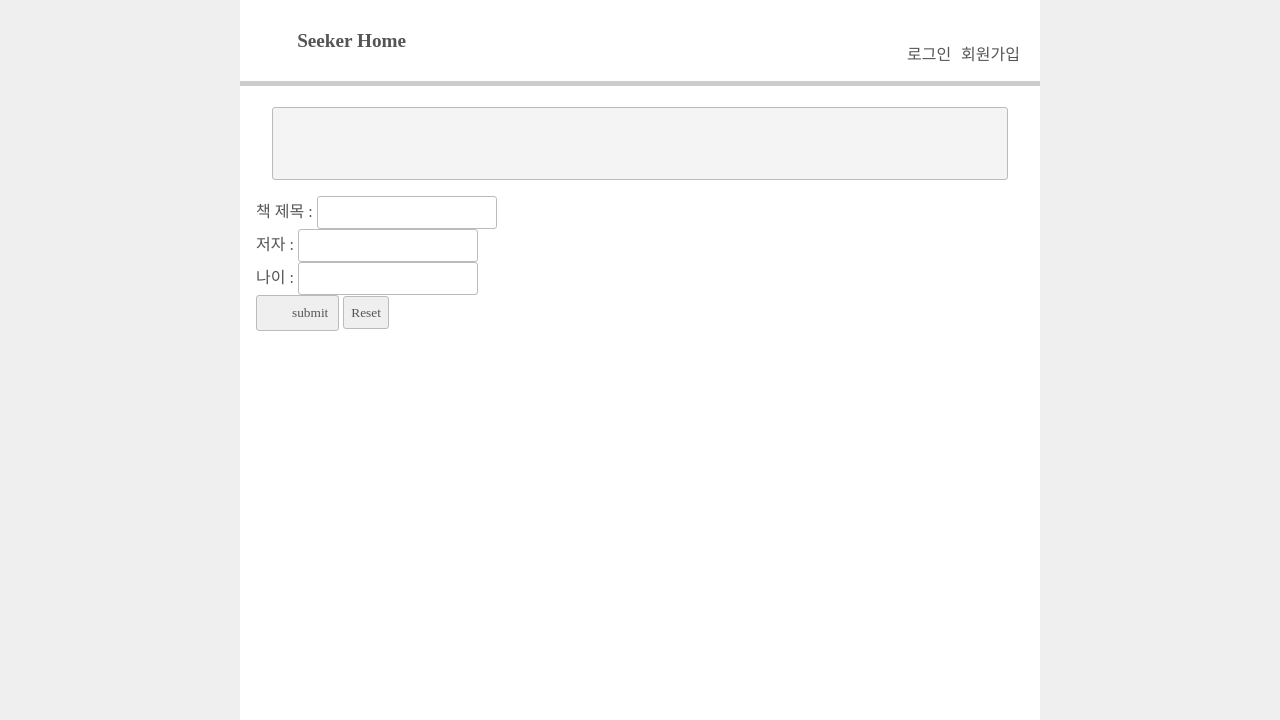
Repository: Seeker2250/JspTest
Page: http://localhost/jspPro/days01/ex02.jsp
The author's editor kept a copy of each file at every save. The page is drawn from the files as they stood at one save, then again after the next save.
The browser window is 1280 px wide. The pictures show the whole page.
Some web fonts or font styles are not loaded; a fallback is used. The page is served by Tomcat 9. Other server files are loaded and not shown.

Above is the page before, as saved 2024-10-15 05:03:49.

### jspPro/src/main/webapp/days01/ex02.jsp
<%@ page language="java" contentType="text/html; charset=UTF-8"
    pageEncoding="UTF-8"%>
<!DOCTYPE html>
<html>
<head>
<meta charset="UTF-8">
<title>Insert title here</title>
<link rel="shortcut icon" type="image/x-icon" href="http://localhost/jspPro/images/SiSt.ico">
<script src="https://ajax.googleapis.com/ajax/libs/jquery/3.7.1/jquery.min.js"></script>
<meta name="viewport" content="width=device-width, initial-scale=1.0">
<link rel="stylesheet" href="http://localhost/jspPro/resources/cdn-main/example.css">
<script src="http://localhost/jspPro/resources/cdn-main/example.js"></script>
<style>
 span.material-symbols-outlined{
    vertical-align: text-bottom;
 }
</style>
</head>
<body>
<header>
  <h1 class="main"><a href="#" style="position: absolute;top:30px;">Seeker Home</a></h1>
  <ul>
    <li><a href="#">로그인</a></li>
    <li><a href="#">회원가입</a></li>
  </ul>
</header>
<div>
 <xmp class="code">

  </xmp>

  <form action="ex02_el_ok2.jsp">

  	책 제목 : <input type="text" id="title" name="title" autofocus><br>
  	저자 : <input type="text" id="author" name = "author""><br>
  	나이 : <input type="number" id="age" name = "age" ><br>
  	<button type="button" onclick="checkform()">submit</button>
  	<!-- <input type="submit"> -->
  	<input type="reset">

  </form>
</div>
<script>
function checkform(){
	var form = document.querySelector("#title");
	if(form.id.value=="") {
		alert("아이디를 입력해주세요");
		form.id.focus();
		return false;
	} else if (form.passwd.value == "") {
		alert("비밀번호를 입력해주세요");
		form.passwd.focus();
		return false;
	}
	form.submit();
}
</script>
</body>
</html>

### jspPro/src/main/webapp/resources/cdn-main/example.css
@charset "UTF-8";

@import url('https://fonts.googleapis.com/css2?family=Material+Symbols+Outlined:opsz,wght,FILL,GRAD@20..48,100..700,0..1,-50..200');

@font-face {
    font-family: 'GmarketSansMedium';
    src: url('https://cdn.jsdelivr.net/gh/projectnoonnu/noonfonts_2001@1.1/GmarketSansMedium.woff') format('woff');
    font-weight: normal;
    font-style: normal;
}

:root {
	--text-color: #555;
	--sub-text-color: #777;
	--back-color: #EFEFEF;
	--header-color: #444;
	--primary-color: #DEDEDE;
	--secondary-color: #EFEFEF;
	--default-width: 800px;
	--narrow-width: 500px;
	--wide-width: 1200px;
	--text-font: 'GmarketSansMedium';
	--icon-font: 'Material Symbols Outlined';
	--border-color: #CCC;
}

html, body {
	margin: 0;
	padding: 0;
}

html {
	background-color: var(--back-color);
	display: flex;
	justify-content: center;
	min-height: 100vh;
}

body, body.default {
	width: var(--default-width);
	background-color: white;
	padding-bottom: 120px;
}

body.wide {
	width: var(--wide-width);
}

body.narrow {
	width: var(--narrow-width);
}



body, p, div, span, a, input, select, option, textarea, button, table, th, td, label, fieldset, legend {
	font-family: var(--text-font);
	color: var(--text-color);
}

h1, h2, h3 {
	font-family: var(--text-font);
	color: var(--header-color);
	padding: 0 1rem;
	padding-top: .5rem;
}

div > h1, div > h2, div > h3 {
	padding: 0;
}

body > div, body > main > div {
	padding: 0.3rem 1rem;
}


h1 { font-size: 2rem; border-bottom: 1px solid var(--border-color); }
h1 small { font-size: 1.2rem; color: var(--sub-text-color); }
h2 { font-size: 1.5rem; border-bottom: 1px dashed var(--border-color); }
h2 small { font-size: 1.1rem; color: --sub-text-color; }
h3 { font-size: 1.2rem; }
h3 small { font-size: 1rem; color: --sub-text-color; }



h1.main::before {
	font-family: var(--icon-font);
  	content: '\e666';
  	margin-right: 10px;
  	float: left;
	font-size: 2.5rem;
}

h1.sub::before {
	font-family: var(--icon-font);
  	content: '\ea19';
  	margin-right: 10px;
  	float: left;
	font-size: 2.5rem;
}


h1.page::before {
	font-family: var(--icon-font);
  	content: '\e0e0';
  	margin-right: 10px;
  	float: left;
	font-size: 2.5rem;
}

body > header > ul > li > .active{
	background-color: #FFF;
	color:#F00;
}

body > header {
	display: flex;
	justify-content: space-between;
	border-bottom: 5px solid var(--border-color);
	min-height: 74px;
	background-color: #FFF;
}

body > header.sticky {
	position: sticky;
	top: 0;
	z-index: 98;
}

body > header > h1 {
	font-size: 1.2rem;
	border: 0;
}

body > header.in > h1::before {
	font-family: var(--icon-font);
  	content: '\e332‥';
  	margin-right: 3px;
  	float: left;
	font-size: 2rem;
}


body > header > ul {
	list-style-type: none;
	display: flex;
	align-items: flex-end;
	margin-right: 10px;
}

body > header > ul > li {
	margin-right: 10px;
	cursor: pointer;
}

body > header > ul > li > a {
	cursor: pointer;
}


form {
	display: block;
}

form > div {
	padding: 0.3rem 1rem;
}

div > form > div {
	padding: 0.3rem 0;
}

input, textarea, button, select {
	border: 1px solid #BBB;
	border-radius: 3px;
	outline: none;
	resize: none;
	padding: 7px;
	margin: 0;
}

input[type=text]:read-only, textarea:read-only {
	cursor: not-allowed;
	background-color: #FFF;
}

input[type=text]:disabled, textarea:disabled {
	cursor: not-allowed;
	background-color: #EEE;
}

input[type=text], input[type=password], textarea, button, select {
	/* width: 300px; */
}

textarea {
	display: block;
	height: 100px;
}

input[type=button], input[type=submit], button {
	/* width: inherit; */
}

input.short, textarea.short, button.short, select.short {
	width: 100px;
}

input.long, textarea.long, button.long, select.long {
	width: 350px;
}

.narrow input.long, .narrow textarea.long, .narrow button.long, .narrow select.long {
	width: calc(100% - 20px);
}

input.full, textarea.full, button.full, select.full {
	width: calc(100% - 20px);
}

textarea.short {
	height: 50px;
}

textarea.long {
	height: 100px;
}

textarea.full {
	height: 200px;
}

input, textarea {
	padding-top: 8px;
}

input[type=button], input[type=submit], button {
	padding: 5px 10px;
	background-color: var(--secondary-color);
	cursor: pointer;
	min-height: 36px;
}

input[type=button].primary, input[type=submit].primary, button.primary {
	/* background-color: rgba(100, 149, 237, .2); */
	background-color: var(--primary-color);
}

input[type=button].primary:hover, input[type=submit].primary:hover, button.primary:hover {
	/* background-color: rgba(100, 149, 237, .3); */
	background-color: var(--secondary-color);
}

input[type=button]:hover, input[type=submit]:hover, button:hover {
	background-color: var(--primary-color);
}

button {
	position: relative;
	left: 0;
	top: 0;
	padding-left: 35px;
}

button .material-symbols-outlined {
	position: absolute;
	left: 10px;
	top: 4px;
}

/* k2nik add */
button.login::before {
	font-family: var(--icon-font);
  	content: '\ea77';
	position: absolute;
	left: 11px;
	top: 4px;
	font-size: 1.25rem;
}

/* k2nik logout */
button.logout::before {
	font-family: var(--icon-font);
  	content: '\e9ba';
	position: absolute;
	left: 11px;
	top: 4px;
	font-size: 1.25rem;
}

/* k2nik help */
button.help::before {
	font-family: var(--icon-font);
  	content: '\f1c0';
	position: absolute;
	left: 11px;
	top: 4px;
	font-size: 1.25rem;
}

button.add::before{
	font-family: var(--icon-font);
  	content: '\e746';
	position: absolute;
	left: 11px;
	top: 4px;
	font-size: 1.25rem;
}

button.back::before {
	font-family: var(--icon-font);
  	content: '\e166';
	position: absolute;
	left: 11px;
	top: 4px;
	font-size: 1.25rem;
}

button.list::before {
	font-family: var(--icon-font);
  	content: '\e0ee';
	position: absolute;
	left: 11px;
	top: 4px;
	font-size: 1.25rem;
}


button.del::before {
	font-family: var(--icon-font);
  	content: '\e872';
	position: absolute;
	left: 11px;
	top: 4px;
	font-size: 1.25rem;
}


button.edit::before {
	font-family: var(--icon-font);
  	content: '\e745';
	position: absolute;
	left: 11px;
	top: 4px;
	font-size: 1.25rem;
}


button.login::before {
	font-family: var(--icon-font);
  	content: '\ea77';
	position: absolute;
	left: 11px;
	top: 4px;
	font-size: 1.25rem;
}


button.logout::before {
	font-family: var(--icon-font);
  	content: '\e9ba';
	position: absolute;
	left: 11px;
	top: 4px;
	font-size: 1.25rem;
}


button.in::before {
	font-family: var(--icon-font);
  	content: '\f71a';
	position: absolute;
	left: 11px;
	top: 4px;
	font-size: 1.25rem;
}


button.out::before {
	font-family: var(--icon-font);
  	content: '\f70e';
	position: absolute;
	left: 11px;
	top: 4px;
	font-size: 1.25rem;
}


button.reply::before {
	font-family: var(--icon-font);
  	content: '\e15e';
	position: absolute;
	left: 11px;
	top: 4px;
	font-size: 1.25rem;
}


button.comment::before {
	font-family: var(--icon-font);
  	content: '\e0b9';
	position: absolute;
	left: 11px;
	top: 4px;
	font-size: 1.25rem;
}


button.modal::before {
	font-family: var(--icon-font);
  	content: '\e89e';
	position: absolute;
	left: 11px;
	top: 4px;
	font-size: 1.25rem;
}


button.ok::before {
	font-family: var(--icon-font);
  	content: '\e86c';
	position: absolute;
	left: 11px;
	top: 4px;
	font-size: 1.25rem;
}


button.cancel::before {
	font-family: var(--icon-font);
  	content: '\e5c9';
	position: absolute;
	left: 11px;
	top: 4px;
	font-size: 1.25rem;
}

button.search::before {
	font-family: var(--icon-font);
  	content: '\e8b6';
	position: absolute;
	left: 11px;
	top: 4px;
	font-size: 1.25rem;
}

button.home::before {
	font-family: var(--icon-font);
  	content: '\e88a';
	position: absolute;
	left: 11px;
	top: 4px;
	font-size: 1.25rem;
}


button.sidebar::before {
	font-family: var(--icon-font);
  	content: '\f7e4';
	position: absolute;
	left: 11px;
	top: 4px;
	font-size: 1.25rem;
}


button.sidebar-right::before {
	font-family: var(--icon-font);
  	content: '\f7e5';
	position: absolute;
	left: 11px;
	top: 4px;
	font-size: 1.25rem;
}




button::before {
	font-family: var(--icon-font);
  	content: '\e323';
	position: absolute;
	left: 11px;
	top: 4px;
	font-size: 1.25rem;
}


table {
	border-collapse: collapse;
	margin: 1rem;
	box-sizing: border-box;
	width: calc(100% - 32px);
}

table.content {
	width: auto;
}

div > table {
	margin: 0;
}

table th, table td {
	border: 1px solid var(--border-color);
	padding: 7px;
	font-weight: normal;
}

table th {
	background-color: var(--back-color);
}

table.vertical th {
	width: 150px;
}

table.vertical td {
	width: calc(100% - 182px);
	padding-left: 10px;
}

table.content td, table.content th {
	width: auto;
}

body.narrow table.vertical th {
	width: 100px;
}

body.narrow table.vertical td {
	width: calc(100% - 182px);
}


table + table {
	margin-top: 30px;
}


p {
	padding: 0 1rem;
}

a {
	text-decoration: none;
}

a:hover {
	color: rgba(255, 99, 71, .7);
}

hr {
	border: 0;
	border-top: 1px solid var(--border-color);
	margin: 2rem 0;
}

.message {
	border: 1px solid var(--border-color);
	background-color: #EFEFEF;
	margin: 1rem;
	width: auto;
	padding-top: 10px;
	padding-bottom: 10px;
	font-size: 14px;
}

.message[title]::before {
	content: attr(title);
	display: block;
	border-bottom: 1px solid var(--border-color);
	padding-bottom: 5px;
	margin-bottom: 10px;
	margin-top: 7px;
}

.message.short {
	max-width: 250px;
}

.message.long {
	max-width: 500px;
}

.badge {
	float: right;
	font-size: .8rem;
	margin-top: 2px;
	margin-right: 2px;
	text-shadow: 0 0 7px gray;
}

.badge.left {
	float: none;
	margin-left: 2px;
}

.badge.right {
	float: right;
}

.badge.red {
	border-radius: 50%;
	padding: 2px 5px;
	background-color: rgb(255, 99, 71, .3);
}

.badge.yellow {

	border-radius: 50%;
	padding: 2px 5px;
	background-color: rgb(255, 215, 0, .5);
}

.badge.blue {
	border-radius: 50%;
	padding: 2px 5px;
	background-color: rgb(100, 149, 237, .3);
}

label + label {
	margin-left: 7px;
}

label input[type=checkbox], label input[type=radio] {
	transform: translate(0, 1px);
}

.group {
	display: flex;
}

.modal-content .group {
	margin-bottom: .5rem;
}

.group label {
	border: 1px solid #BBB;
	border-radius: 3px;
	outline: none;
	resize: none;
	padding: 7px 14px;
	margin: 0;
	border-top-right-radius: 0;
	border-bottom-right-radius: 0;
	background-color: #EFEFEF;
	white-space: nowrap;
	font-size: 14px;
}

.group input[type=text] {
	margin-left: -1px;
	border-top-left-radius: 0;
	border-bottom-left-radius: 0;
}

.group select {
	margin-left: -1px;
	border-top-left-radius: 0;
	border-bottom-left-radius: 0;
}

.group input.full[type=text] {
	margin-left: -1px;
	border-top-left-radius: 0;
	border-bottom-left-radius: 0;
	width: 100%;
}

.group input[type=button]:first-child, .group button:first-child {
	border-top-left-radius: 3px;
	border-bottom-left-radius: 3px;
	margin-left: 0px;
}

.group input[type=button], .group button {
	border-radius: 0;
	margin-left: -1px;
}

.group input[type=button]:last-child, .group button:last-child {
	margin-left: -1px;
	border-top-right-radius: 3px;
	border-bottom-right-radius: 3px;
}

.seperate {
	display: flex;
	justify-content: space-between;
}

div.list {
	width: max-content;
	margin: 1rem;
	border: 1px solid #BBB;
	border-radius: 3px;
	padding: 0;
}

div.list.full {
	width: auto;
	display: block;
	margin: 1rem;
	border: 1px solid #BBB;
	border-radius: 3px;
	padding: 0;
}

div.list > div {
	padding: .5rem 1rem;
	margin: 0;
	border-bottom: 1px solid #BBB;
}

div.list > div:last-child {
	border-bottom: 0;
}

pre.code , xmp.code{
	font-family: consols;
	background-color: rgba(150, 150, 150, .1);
	border: 1px solid #BBB;
	border-radius: 3px;
	padding: .5rem 1rem;
	padding-bottom: .6rem;
	margin: 1rem;
}




*[data-modal-window] {
	position: fixed;
	background-color: rgba(0, 0, 0, .3);
	left: 0;
	top: 0;
	display: none;
	justify-content: center;
	align-items: flex-start;
	width: 100%;
	min-height: 100vh;
	z-index: 100;
	opacity: 0;
	transition: 500ms all;
}

*[data-modal-window] .modal-container {
	border-radius: 5px;
	padding: 1rem;
	padding-bottom: .5rem;
	margin-top: -500px;
	opacity: 0;
	width: 500px;
	background-color: #FFF;
	margin-right: 2rem;
	transition: 500ms all;
}

*[data-modal-size=content] .modal-container {
	width: auto;
}

*[data-modal-size=narrow] .modal-container {
	width: 300px;
}

*[data-modal-size=wide] .modal-container {
	width: 760px;
}


*[data-modal-window] .modal-header {
	border-bottom: 1px solid var(--border-color);
	padding: 2px 5px;
}

*[data-modal-window] .modal-content {
	padding: 1rem 5px;
}

*[data-modal-window] .modal-content div:last-child {
	margin-top: 1rem;
	text-align: right;
}



*[data-sidebar-window] {
	position: fixed;
	background-color: #FFF;
	left: 0;
	top: 0;
	display: block;
	width: 300px;
	border-right: 1px solid var(--border-color);
	box-sizing: border-box;
	box-shadow: 0 0 3px var(--back-color);
	min-height: 100vh;
	z-index: 99;
	transform: translate(-300px, 0);
	transition-duration: 500ms;
	transition-property: transform;
}

*[data-sidebar-direction=right] {
	left: auto;
	right: 0;
	transform: translate(300px, 0);
	border-left: 1px solid var(--border-color);
}

*[data-sidebar-size=wide] {
	width: 500px;
	transform: translate(-500px, 0);
}

*[data-sidebar-window] .sidebar-title {
	border-bottom: 1px solid var(--border-color);
	margin-top: 20px;
	margin-bottom: 20px;
	padding-bottom: 5px;
	display: flex;
	justify-content: space-between;
}

*[data-sidebar-window] .sidebar-title span:last-child {
	cursor: pointer;
}


/* K2Nik pagination */
.center {
  text-align: center;
}

.pagination {
  display: inline-block;
}

.pagination a {
  color: black;
  float: left;
  padding: 3px 6px;
  text-decoration: none;
  transition: background-color .3s;
  border: 1px solid #ddd;
  margin: 0 3px;
}

.pagination a.active {
  background-color: #4CAF50;
  color: white;
  border: 1px solid #4CAF50;
}

.pagination a:hover:not(.active) {background-color: #ddd;}

### jspPro/src/main/webapp/resources/cdn-main/example.js

window.onload = () => {

    const list = document.querySelectorAll('input, textarea');

    list.forEach(item => {
        item.setAttribute('autocomplete', 'off');
    });


    const modal_btn_list = document.querySelectorAll('*[data-modal-button]');

    modal_btn_list.forEach(item => {
        item.onclick = function() {

            const name = this.dataset['modalButton'];
            const modal_window = document.querySelector('*[data-modal-window=' + name);

            const container = document.createElement('div');
            container.className = 'modal-container';



            const modal_header = document.createElement('div');
            modal_header.textContent = modal_window.dataset['modalTitle'];
            modal_header.className = 'modal-header';
            container.appendChild(modal_header);

            const modal_content = document.createElement('div');
            modal_content.className = 'modal-content';
            container.appendChild(modal_content);

            Array.from(modal_window.childNodes).forEach(item => {
                modal_content.appendChild(item);
            });

            modal_window.appendChild(container);

            modal_window.style.display = 'flex';

            setTimeout(() => {
                modal_window.style.opacity = 1;
                container.style.marginTop = '20px';
                container.style.opacity = 1;
            }, 50);


            const modal_ok = document.querySelector('*[data-modal-ok=' + name);
            modal_ok.addEventListener('click', function() {
                modal_window.style.opacity = 0;
                container.style.marginTop = '-500px';
                container.style.opacity = 0;

                setTimeout(() => {
                    modal_window.innerHTML = modal_content.innerHTML;
                    modal_window.style.display = 'none';
                }, 500);

            });

            const modal_cancel = document.querySelector('*[data-modal-cancel=' + name);
            modal_cancel.addEventListener('click', function() {

                modal_window.style.opacity = 0;
                container.style.marginTop = '-500px';
                container.style.opacity = 0;

                setTimeout(() => {
                    modal_window.innerHTML = modal_content.innerHTML;
                    modal_window.style.display = 'none';
                }, 500);
            });


        };
    });


    const sidebar_btn_list = document.querySelectorAll('*[data-sidebar-button]');

    sidebar_btn_list.forEach(item => {
        item.onclick = function() {



            const name = this.dataset['sidebarButton'];
            const sidebar_window = document.querySelector('*[data-sidebar-window=' + name);

            if (sidebar_window.style.transform == 'translate(0px, 0px)') return;



            sidebar_window.style.transform = 'translate(0, 0)';

            const sidebar_title = document.createElement('div');
            sidebar_title.className = 'sidebar-title';
            sidebar_title.innerHTML = '<span>' + sidebar_window.dataset['sidebarTitle'] + '</span><span class="material-symbols-outlined">close</span>';

            sidebar_title.children[1].onclick = function() {

                let sign = 1;
                let distance = 300;

                if (sidebar_window.dataset['sidebarDirection'] != 'right') {
                    sign = -1;
                } else {
                    sign = 1;
                }

                if (sidebar_window.dataset['sidebarSize'] != 'wide') {
                    distance = 300;
                } else {
                    distance = 500;
                }

                distance *= sign;

                sidebar_window.style.transform = 'translate(' + distance + 'px, 0)';

                setTimeout(function() {
                    sidebar_window.removeChild(sidebar_window.children[0]);
                }, 500);
            };


            sidebar_window.prepend(sidebar_title);

        }
    });

};

// window.onkeydown = function(event) {

//     if (event.keyCode == 27) {
//         if (document.querySelector('[data-modal-window').style.display == 'flex') {
//             document.querySelector('[data-modal-window').style.display = 'none';
//         }
//     }

// };

After the next save:
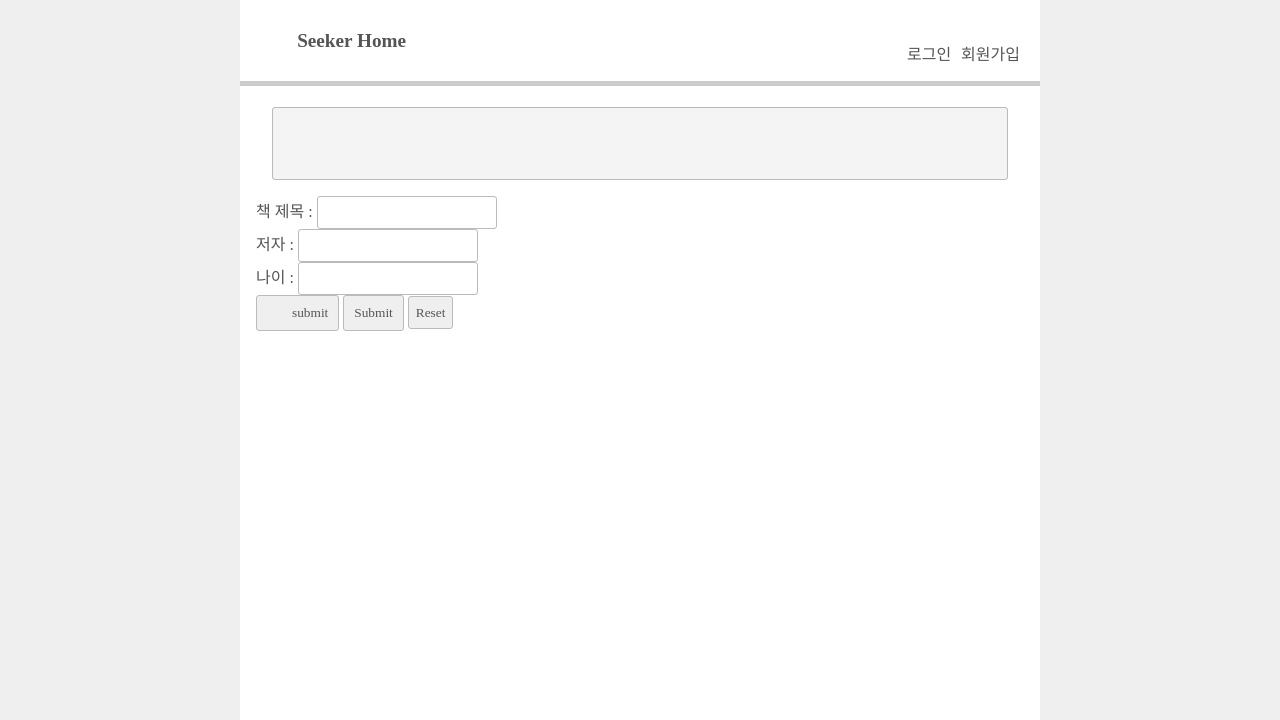
Saved 13 min 49 s later.
--- a/jspPro/src/main/webapp/days01/ex02.jsp
+++ b/jspPro/src/main/webapp/days01/ex02.jsp
@@ -35,14 +35,15 @@
   	저자 : <input type="text" id="author" name = "author""><br>
   	나이 : <input type="number" id="age" name = "age" ><br>
   	<button type="button" onclick="checkform()">submit</button>
-  	<!-- <input type="submit"> -->
+  	<input type="submit">
   	<input type="reset">
 
   </form>
 </div>
 <script>
+/*
 function checkform(){
-	var form = document.querySelector("#title");
+	var form = document.querySelector("#input");
 	if(form.id.value=="") {
 		alert("아이디를 입력해주세요");
 		form.id.focus();
@@ -53,7 +54,11 @@
 		return false;
 	}
 	form.submit();
-}
+}*/
+
+	$("form").on("submit", function(event){
+		alert("x")
+	});
 </script>
 </body>
 </html>
